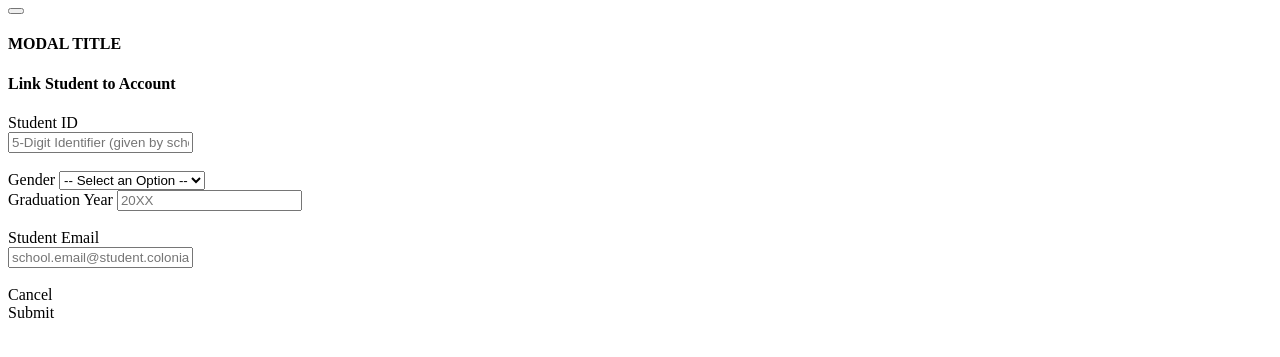
Repository: DavidGracias/florida_trip
Page: http://localhost/includes/modals/newStudentConnection.php
The author's editor kept a record of every edit. The page is drawn from the files as they stood at one moment, then again after the next edit.
The browser window is 1280 px wide. The pictures show the whole page.
The page is run by PHP 8.4 with error messages shown; the project is at /var/www/html/.

Above is the page before.
Console error: ReferenceError: $ is not defined

After the next edit:
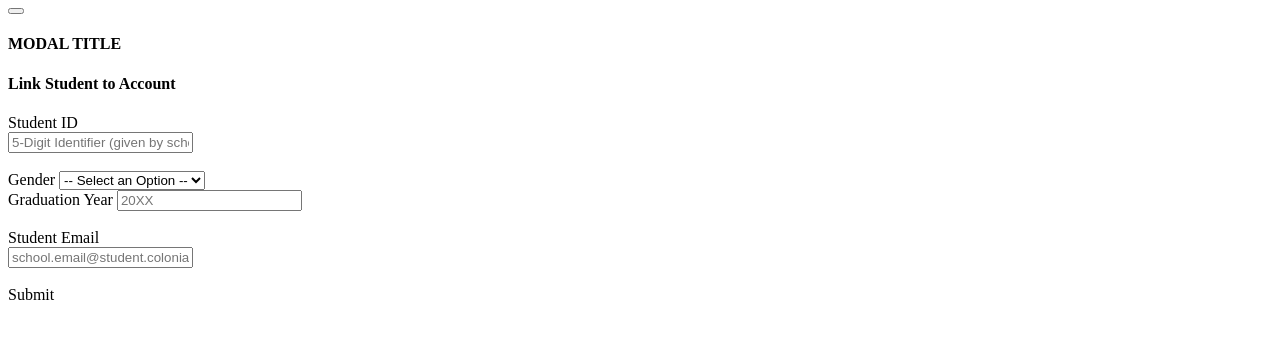
The edit:
--- a/includes/modals/newStudentConnection.php
+++ b/includes/modals/newStudentConnection.php
@@ -61,8 +61,7 @@
                 </div>
                 <br/>
                 <div class="modal-footer">
-                    <div class="btn btn-danger pull-right">Cancel</div>
-                    <div class="btn btn-primary pull-left">Submit</div>
+                    <div class="btn btn-primary pull-right">Submit</div>
                     <div class="clear"></div>
                 </div>
                 <script>
